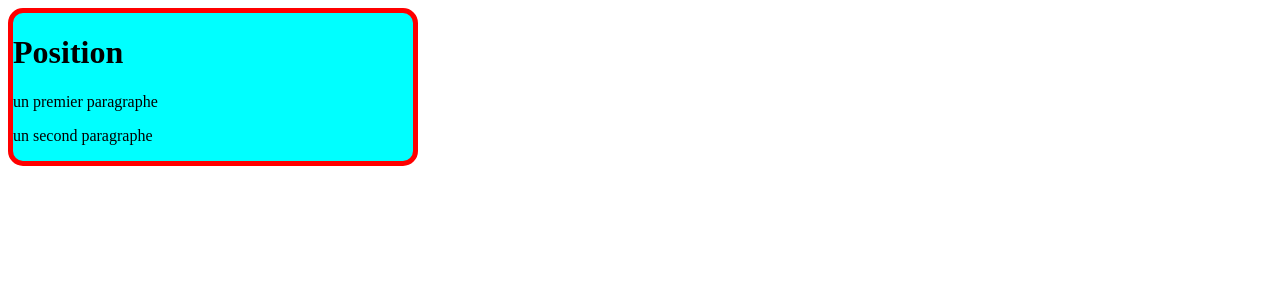
Repository: Poulpyto/fitec
Page: workspaceHtmlFlo/PremierTp_htmlCss/WebContent/position.html
An editor plug-in stored every save of this project. The page is shown before and after the next save, followed by the edit.
The browser window is 1280 px wide. The pictures show the whole page.

Above is the page before, as saved 2017-04-04 09:25:06.

### workspaceHtmlFlo/PremierTp_htmlCss/WebContent/position.html
<!DOCTYPE html>
<html>
<head>
<meta charset="UTF-8">
<link rel="stylesheet" href="css/style8.css" />
<title>Insert title here</title>
</head>
<body>
	<div>
		<h1>Position</h1>
		<p class="p1">un premier paragraphe</p>
		<p class="p2">un second paragraphe </p>
	</div>
</body>
</html>

### workspaceHtmlFlo/PremierTp_htmlCss/WebContent/css/style8.css
@CHARSET "UTF-8";

div{
	background-color: cyan;
	width: 400px;
	border: 5px solid red;
	border-radius: 15px;
}

.p1{
	/*position: static;*/
	top: 100px;
	left: 50px;
}

After the next save:
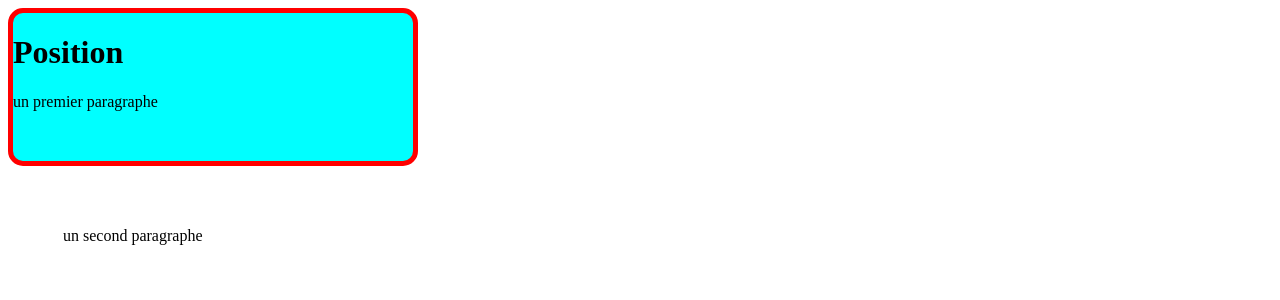
Saved 50 s later.
--- a/workspaceHtmlFlo/PremierTp_htmlCss/WebContent/css/style8.css
+++ b/workspaceHtmlFlo/PremierTp_htmlCss/WebContent/css/style8.css
@@ -8,7 +8,12 @@ div{
 }
 
 .p1{
-	/*position: static;*/
+	position: static;/* le static empechera de bouger */
 	top: 100px;
 	left: 50px;
 }
+.p2{
+	position: relative;
+	top:100px;
+	left: 50px;
+}
